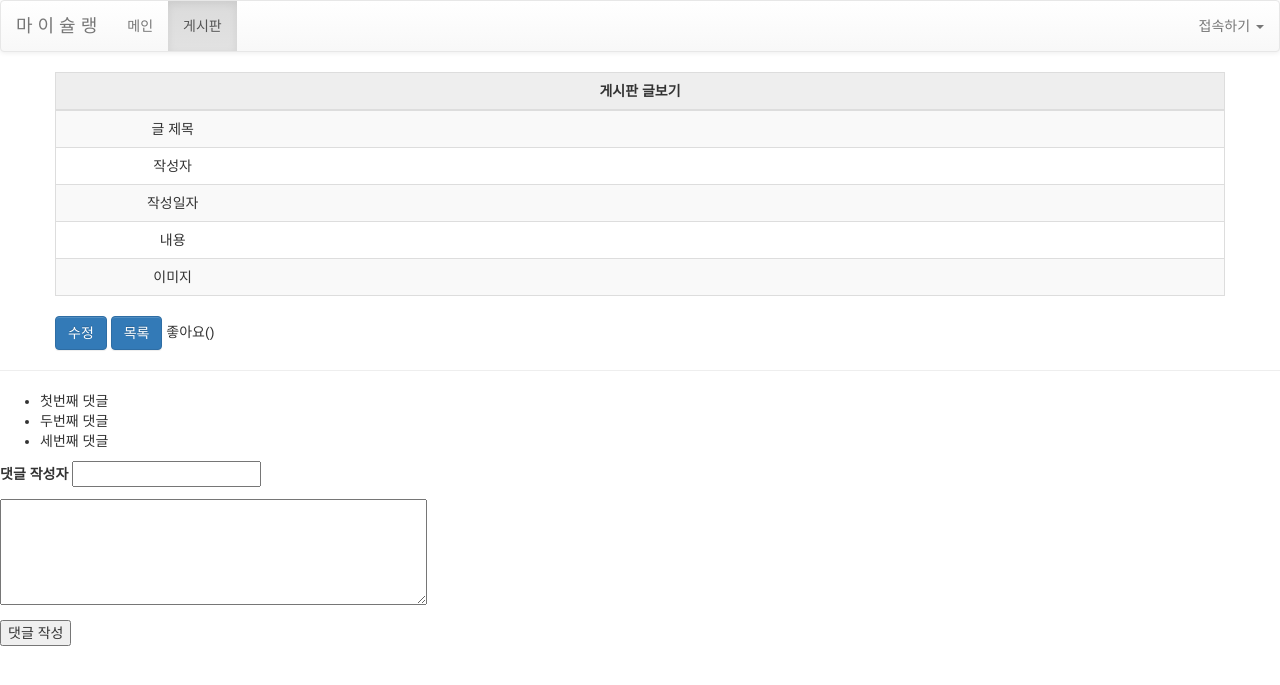
Repository: serendipity63/mychelin
Page: http://localhost/board/WEB-INF/views/detailform.jsp
An editor plug-in stored every save of this project. The page is shown before and after the next save, followed by the edit.
The browser window is 1280 px wide. The pictures show the whole page.
Some web libraries are served in a nearby version. The page is served by Tomcat 9. Nobody is signed in. The template is opened directly, without the code that normally fills it, so the values that code supplies are empty.

Above is the page before, as saved 2024-01-11 08:29:53.
Console error (its wording comes from the project's code and is left out).

After the next save:
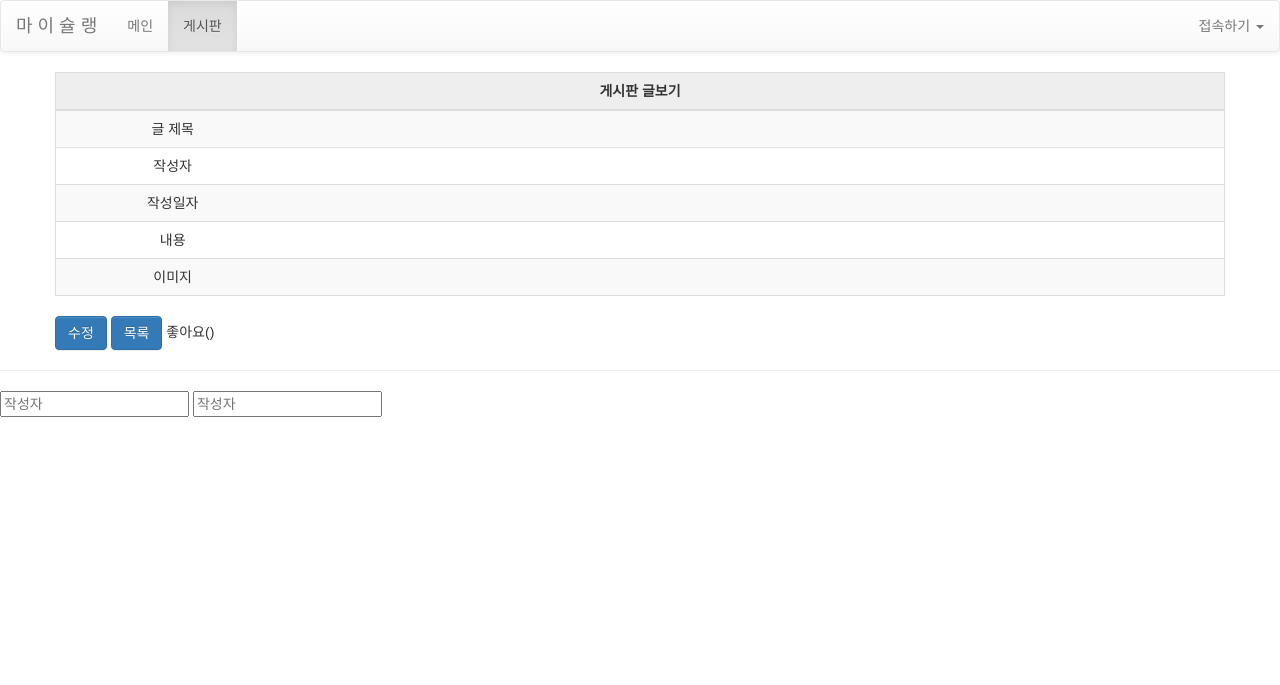
Saved 63 min 32 s later.
--- a/board/src/main/webapp/WEB-INF/views/detailform.jsp
+++ b/board/src/main/webapp/WEB-INF/views/detailform.jsp
@@ -178,7 +178,7 @@
 	</div>
 <!-- 댓글 시작 -->
 <hr/>
-
+<!--
 <ul>
 	<li>첫번째 댓글</li>
 	<li>두번째 댓글</li>
@@ -195,7 +195,10 @@
 	<p>
 		<button type="button">댓글 작성</button>
 	</p>
-</div>
+</div> -->
+
+<input type="text" id="commentWriter" placeholder="작성자">
+<input type="text" id="commentContents" placeholder="작성자">
 
 
 </body>
